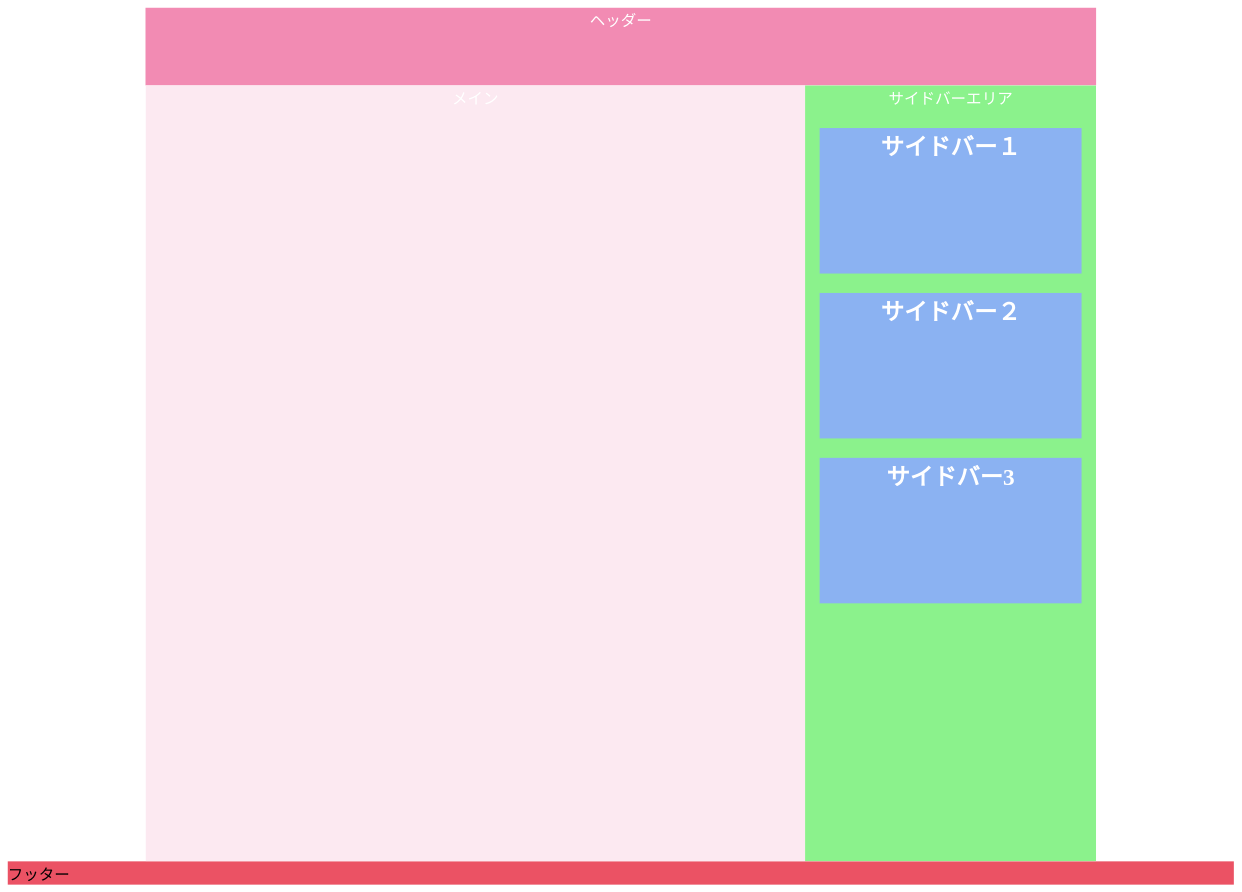
Repository: fukkatsuno-neda/samurai_HTML-CSS
Page: csspractice/practice.html
The author's editor kept a record of every edit. The page is drawn from the files as they stood at one moment, then again after the next edit.
The browser window is 1280 px wide. The pictures show the whole page, at 97% of full size.

Above is the page before.

### csspractice/practice.html
<!doctype html>
<html lang="ja">
<head>
   <meta charset="utf-8"/>
   <title>左軸ナビゲーション型</title>
   <link rel="stylesheet" href="practice.css">
</head>

<body>
  <header class="header">
    ヘッダー
  </header>
  <main class="main-wrap">
    <article class="main">
      メイン
    </article>

    <aside class="sidebar-container">
    サイドバーエリア
          <div class="sidebar">
            <h2 class="sidebar-title">
              サイドバー１
            </h2>
          </div>
          <div class="sidebar">
            <h2 class="sidebar-title">
              サイドバー２
            </h2>
          </div>
          <div class="sidebar">
            <h2 class="sidebar-title">
              サイドバー3
            </h2>
          </div>
    </aside>
  </main>
  <footer class="footer">
    フッター
  </footer>
</div>
</body>

### csspractice/practice.css
@charset "utf-8";

body{

}

.header{
  background-color: #F28BB3;
  height: 80px;
  text-align: center;
  color: #FFF;
  width:980px;
  margin-left: auto;
  margin-right: auto;
}

.main-wrap{
  height: 800px;
  text-align: center;
  color: #FFF;
  width: 980px;
  margin-left: auto;
  margin-right: auto;
  overflow: hidden;
}

.main{
  background-color: #FCE9F1;
  height: 800px;
  width: 680px;
  text-align: center;
  color: #FFF;
  float: left;
}

.sidebar-container{
  background-color: #8BF28C;
  height: 800px;
  width: 300px;
  text-align: center;
  color: #FFF;
  float: left;
}

.sidebar{
  width: 270px;
  height: 150px;
  background-color: #8BB2F2;
  margin: 15px auto;
}

.sidebar-title{
  color: #FFF;
}


.footer{
  background-color: #EB5264;

}

After the next edit:
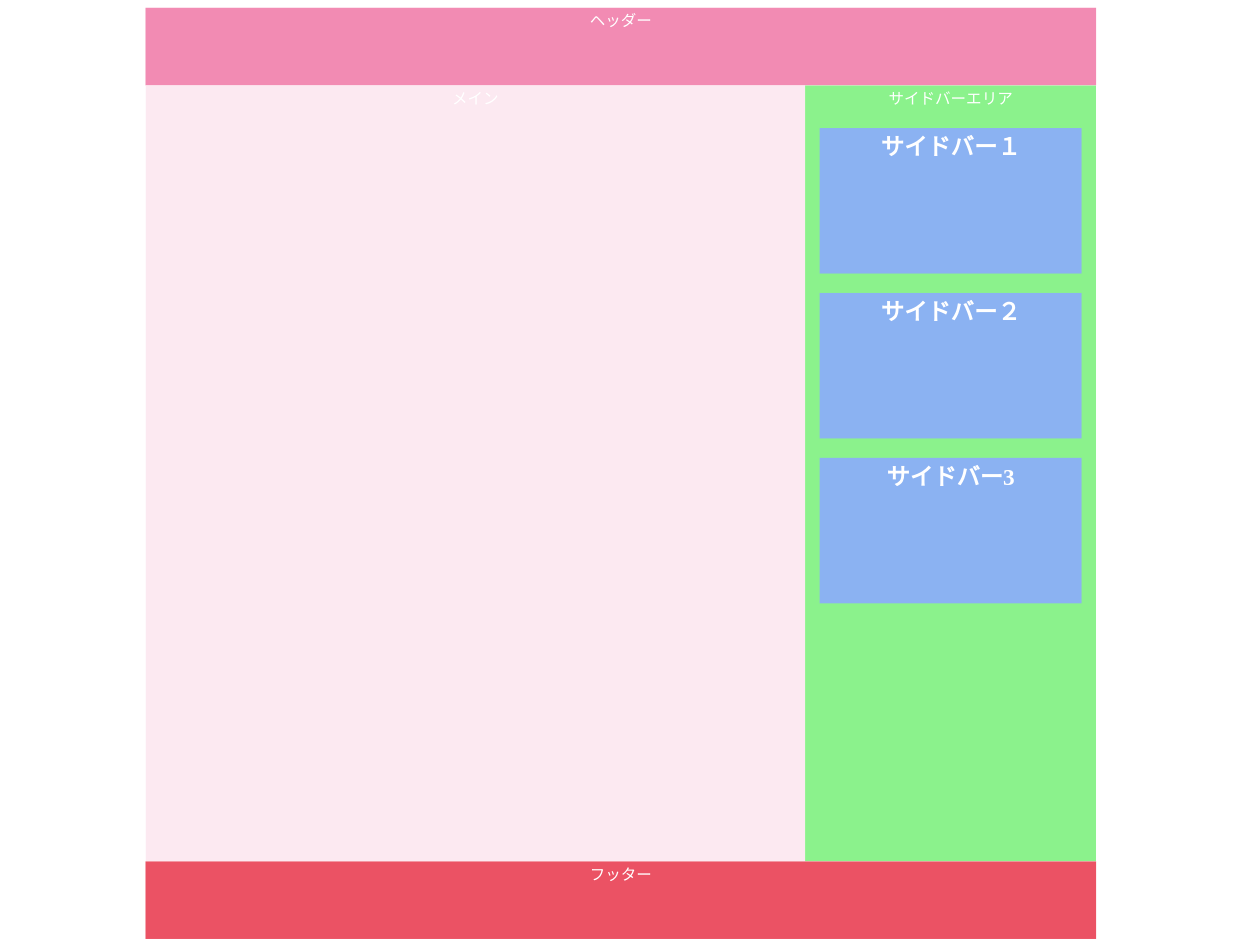
The edit:
--- a/csspractice/practice.css
+++ b/csspractice/practice.css
@@ -53,8 +53,12 @@
   color: #FFF;
 }
 
-
 .footer{
   background-color: #EB5264;
-
+  height: 80px;
+  width: 980px;
+  text-align: center;
+  color: #FFF;
+  margin-left: auto;
+  margin-right: auto;
 }
